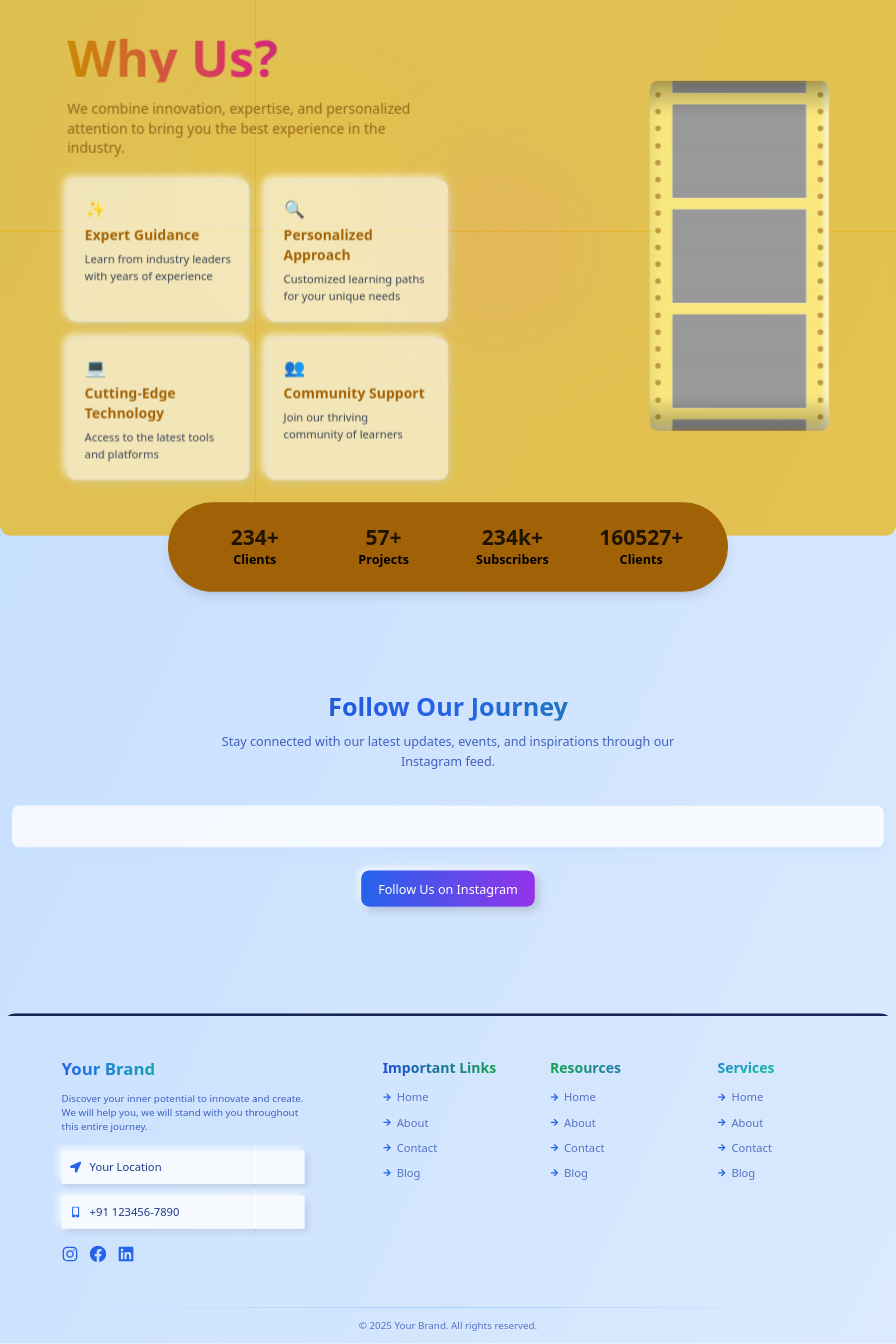
Repository: Kish202/rsacademy
Page: / (app in frontend/)
An editor plug-in stored every save of this project. The page is shown before and after a run of saves, followed by the edit.
The browser window is 1280 px wide. The pictures show the part of the page from y = 818 to 2738 px (the page is 2738 px tall), at 70% of full size.
Pictures or frames that could not be fetched are drawn as grey boxes. The project was rebuilt for these pictures with package versions that can differ from the ones it lists, and the page was loaded fresh each time. Also part of the build but not shown: frontend/vite.config.js, frontend/src/components/ReviewsFeed.jsx.

Above is the page before, as saved 2025-04-27 22:58:11.

After the next 3 saves:
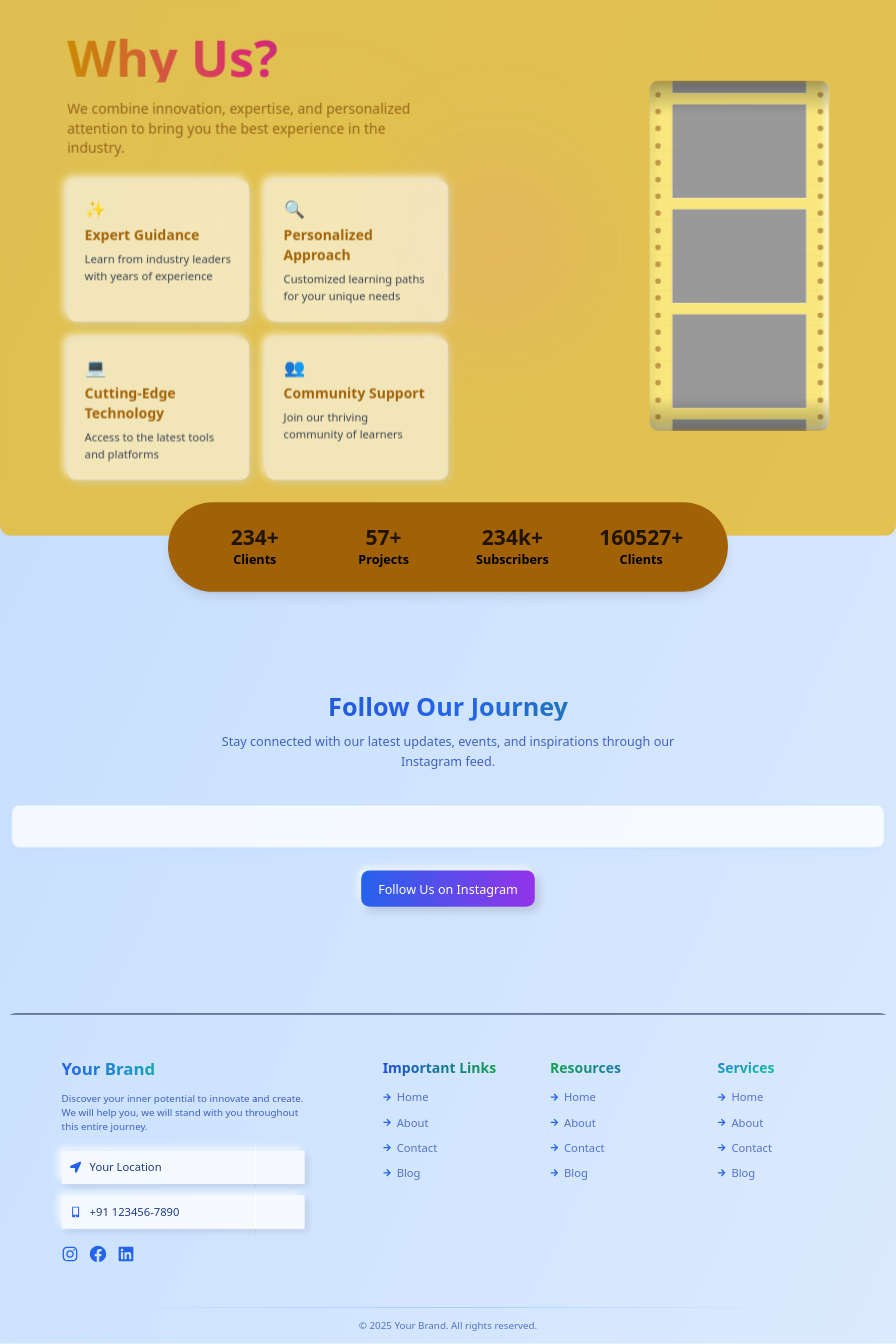
The 3 saves are shown as one change because they came seconds apart.
The last was saved 22 s later.
--- a/frontend/src/components/Footer.jsx
+++ b/frontend/src/components/Footer.jsx
@@ -37,7 +37,7 @@ function Footer() {
       ${isDarkMode
         ? ' text-blue-100'
         : ' text-blue-900'}`}>
-<div className="w-full h-1 bg-blue-950 rounded-full absolute"></div>
+<div className="w-full h-0.5 bg-blue-950 rounded-full absolute"></div>
 
       {/* Background Elements */}
       <div className={`absolute top-1/4 left-1/4 w-72 h-72 rounded-full blur-3xl -z-10
